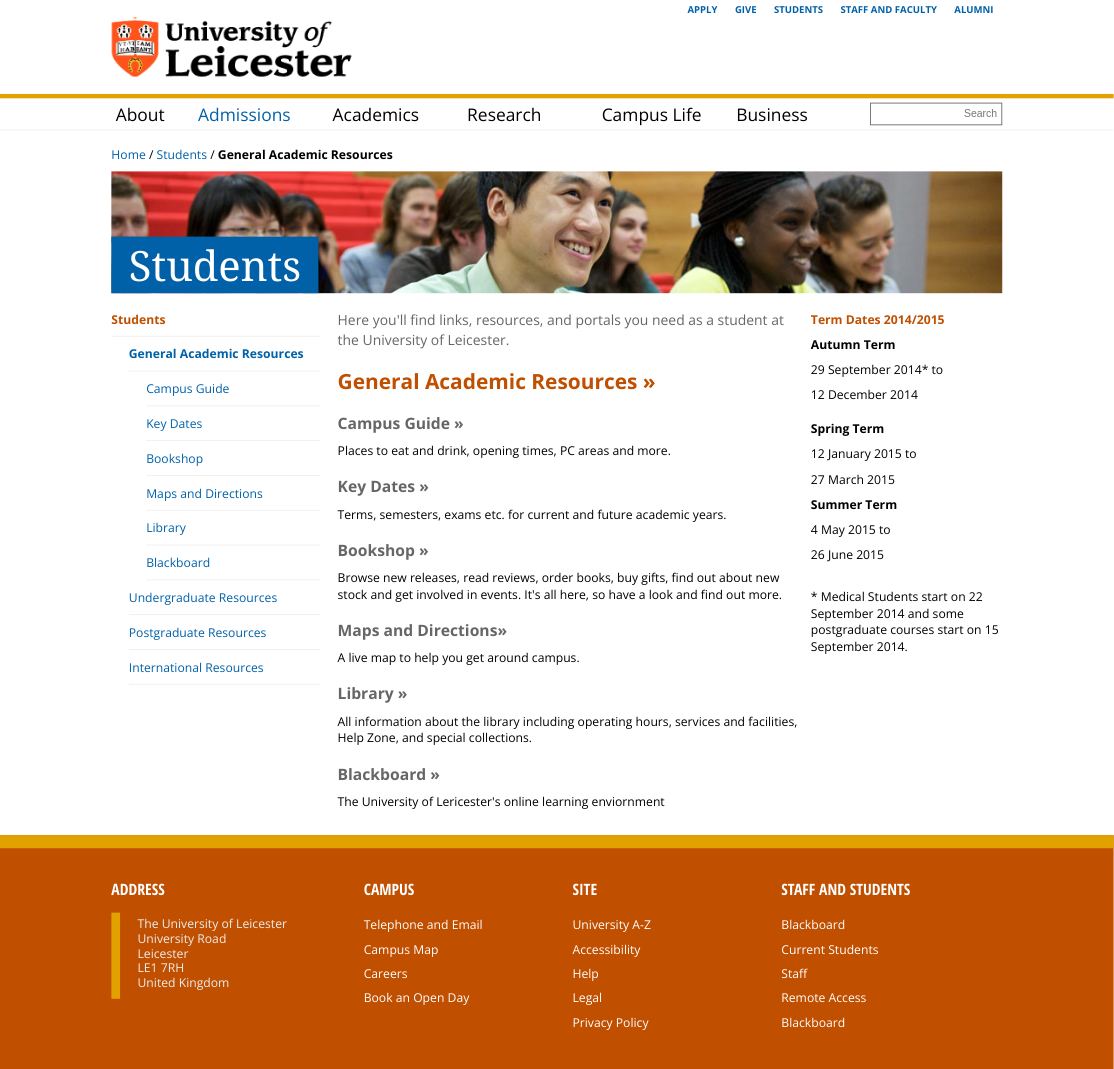
Repository: vqdo/leicester-redesign
Page: students.html
The author's editor kept a record of every edit. The page is drawn from the files as they stood at one moment, then again after the next edit.
The browser window is 1280 px wide. The pictures show the whole page, at 87% of full size.
Some web libraries are served in a nearby version.

Above is the page before.

### students.html
<!DOCTYPE html>

<html>
    <head>
        <meta charset="utf-8">
        <meta name="viewport" content="width=device-width,initial-scale=1.0">
        <title>University of Leicester</title>
        <link href='https://fonts.googleapis.com/css?family=Lora:300%7COpen+Sans+Condensed:700%7COpen+Sans:300,700' rel='stylesheet' type='text/css'>
        <link rel="stylesheet" type="text/css" href="css/master.css">
        <link rel="stylesheet" type="text/css" href="css/users.css">

        <!-- Scripts -->
        <script src="https://code.jquery.com/jquery-1.11.0.min.js"></script>
        <script src="https://code.jquery.com/ui/1.11.2/jquery-ui.min.js"></script>
    </head>
     <body>
        <header>
            <div class="logo-wrapper container">
                <a href="/"><h1 class="logo"><span>University of Leicester</span></h1></a>
            </div>

            <nav class="main-nav">
                <div class="main-nav-titles cf">
                    <div class="container">
                    <ul class="fl">
                        <li class="about-title"><a href="/">About</a></li>
                        <li><a class="active" href="/">Admissions</a></li>
                        <li><a href="/">Academics</a></li>
                        <li><a href="/">Research</a></li>
                        <li><a href="/">Campus Life</a></li>
                        <li><a href="/">Business</a></li>
                    </ul>
                    <!--<input class="searchbox-submit fr" type="submit" value="Go" />                    -->
                    <input class="searchbox fr" type="text" placeholder="Search" />
                    </div>
                </div>

                <div class="main-nav-dropdown">
                    <div class="container">
                        <div class="dropdown about-links">
                            <ul>
                                <li><a href="/">Facts</a></li>
                                <li><a href="/">Visit Us</a></li>
                            </ul>
                        </div>
                        <div class="dropdown admissions-links">
                            <ul>
                                <li><a href="/" color=blue>Undergraduate</a></li>
                                <li><a href="/">Masters</a></li>
                                <li><a href="/">PhD and Doctorate</a></li>
                                <li><a href="/">Distance Learning</a></li>
                                <li><a href="genresources.html">Tuition and Fees</a></li>
                                <li><a href="http://www2.le.ac.uk/study/open-days">Open Day Visits</a></li>
                            </ul>
                        </div>
                        <div class="dropdown academics-links">
                            <ul>
                                <li><a href="http://www2.le.ac.uk/study/ugp">Undergraduate Courses</a></li>
                                <li><a href="http://www2.le.ac.uk/study/postgrad">Postgraduate Courses</a></li>
                                <li><a href="http://www2.le.ac.uk/study/research">Research Degrees</a></li>
                                <li><a href="http://www.le.ac.uk/library">Library</a></li>

                            </ul>
                        </div>
                        <div class="dropdown research-links">
                            <ul>
                                <li><a href="http://www2.le.ac.uk/research/challenges">Global Challenges</a></li>
                                <li><a href="http://www2.le.ac.uk/research/with">Prospective Students</a></li>
                                <li><a href="http://www2.le.ac.uk/research/departmental">Departmental Research</a></li>
                                <li><a href="http://www2.le.ac.uk/research/current-research">Current Research</a></li>
                            </ul>
                        </div>
                        <div class="dropdown campuslife-links">
                            <ul>
                                <li><a href="/">Athletics & Orgs</a></li>
                                <li><a href="/">Dining & Housing</a></li>
                                <li><a href="/">Community</a></li>
                            </ul>
                        </div>
                         <div class="dropdown business-links">
                            <ul>
                                <li><a href="/">Leicester’s Expertise</a></li>
                                <li><a href="/">Consultancy and technical facilities</a></li>
                                <li><a href="/">Business collaborations</a></li>
                                <li><a href="/">Technology Transfer</a></li>
                                <li><a href="/">CPD: professional development and training</a></li>
                            </ul>
                        </div>
                    </div>
                </div>
            </nav>

            <nav class="user-type-nav">
                <ul class="container">
                    <!-- Put links in reverse order -->
                    <li class="link"><a href="/">Alumni</a></li>
                    <li class="link"><a href="/">Staff and Faculty</a></li>
                    <li class="link"><a href="genresources.html">Students</a></li>
                    <li class="link"><a href="/">Give</a></li>
                    <li class="link"><a href="/">Apply</a></li>
                </ul>
            </nav>
        </header>


        <!-- BEGIN CONTENT -->

        <div id="students" class="page-content">
            <div class="container cf">
                <div class="breadcrumbs"><a href="/">Home</a> / <a href="/">Students</a> / <strong>General Academic Resources</strong> </div>
                <h1><span class="page-title">Students</span></h1>
                <nav class="page-navigation">
                    <ul>
                        <li>
                            <h2 class="page-root-link"><a href="/">Students</a></h2>
                            <ul>
                                <li><a class="active" href="genresources.html">General Academic Resources</a></li>
                                    <ul>
                                        <li><a href="/">Campus Guide</a></li>
                                        <li><a href="/">Key Dates</a></li>
                                        <li><a href="/">Bookshop</a></li>
                                        <li><a href="/">Maps and Directions</a></li>
                                        <li><a href="/">Library</a></li>
                                        <li><a href="/">Blackboard</a></li>

                                    </ul>
                                <li><a href="ugresources.html">Undergraduate Resources</a></li>
                                <li><a href="pgresources.html">Postgraduate Resources</a></li>
                                <li><a href="/">International Resources</a></li>

                            </ul>
                        </li>
                    </ul>
                </nav>
                <div class="page-body">
                    <p class="intro">Here you'll find links, resources, and portals you need as a student at the University of Leicester.</p>
                    <h2><a href="students.html">General Academic Resources &raquo;</a></h2>
                    <h3><a href="/">Campus Guide &raquo;</a></h3>
                    <p>Places to eat and drink, opening times, PC areas and more.</p>

                    <h3><a href="/">Key Dates &raquo;</a></h3>
                        <p>Terms, semesters, exams etc. for current and future academic years.</p>

                    <h3><a href="/">Bookshop &raquo;</a></h3>
                        <p>Browse new releases, read reviews, order books, buy gifts, find out about new stock and get involved in events. It's all here, so have a look and find out more.</p>

                    <h3><a href="http://www.le.ac.uk/maps/">Maps and Directions&raquo;</a></h3>
                    <p>A live map to help you get around campus.</p>

                    <h3><a href="/">Library &raquo;</a></h3>

                    <p>All information about the library including operating hours, services and facilities, Help Zone, and special collections.</p>

                    <h3><a href="/">Blackboard &raquo;</a></h3>
                    <p>The University of Lericester's online learning enviornment</p>

                </div>
                <div class="page-sideinfo">
                    <div class="module">
                        <h2>Term Dates 2014/2015</h2>
                        <p><strong>Autumn Term</strong></p>
                        <p>29 September 2014* to
                        <p>12 December 2014</p></p>

                        <p><strong>Spring Term</strong></p>
                        <p>12 January 2015 to</p>
                        <p>27 March 2015</p>

                        <p><strong>Summer Term</strong></p>
                        <p>4 May 2015 to</p>
                        <p>26 June 2015</p>

                        <br><p>* Medical Students start on 22 September 2014 and some postgraduate courses start on 15 September 2014.</p>
                    </div>
                </div>
            </div>
        </div>

        <footer class="cf">
            <div class="container">
                <section class="footer-section large">
                    <h2>Address</h2>
                        <address>

                            The University of Leicester<br>
                            University Road<br>
                            Leicester<br>
                            LE1 7RH<br>
                            United Kingdom<br>
                        </address>
                </section>
                <section class="footer-section">
                    <h2>Campus</h2>
                    <ul>
                        <li><a href="http://www2.le.ac.uk/contact">Telephone and Email</a></li>
                        <li><a href="http://www2.le.ac.uk/maps">Campus Map</a></li>
                        <li><a href="http://www.le.ac.uk/help/access">Careers</a></li>
                        <li><a href="http://www2.le.ac.uk/study/open-days">Book an Open Day</a></li>
                    </ul>
                </section>
                <section class="footer-section">
                    <h2>Site</h2>
                    <ul>
                        <li><a href="http://www2.le.ac.uk/indexes">University A-Z</a></li>
                        <li><a href="http://www.le.ac.uk/help/access">Accessibility</a></li>
                        <li><a href="http://www.le.ac.uk/help">Help</a></li>
                        <li><a href="http://www.le.ac.uk/legal">Legal</a></li>
                        <li><a href="http://www.le.ac.uk/legal/privacy-policy">Privacy Policy</a></li>
                    </ul>
                </section>
                <section class="footer-section">
                    <h2>Staff and Students</h2>
                    <ul>
                        <li><a href="/">Blackboard</a></li>
                        <li><a href="/">Current Students</a></li>
                        <li><a href="/">Staff</a></li>
                        <li><a href="/">Remote Access</a></li>
                        <li><a href="/">Blackboard</a></li>
                    </ul>
                </section>
            </div>
        </footer>

        <script src="js/master.js"></script>
    </body>
</html>

### css/users.css
/************************************************************
 * Master css file for the University of Leicester redesign.
 * COGS 187A - Fall 2014
 * Victoria Do, Nancy Acosta, Tanya Zhang
 ************************************************************/

/**
 * CSS reset
 */
/* http://meyerweb.com/eric/tools/css/reset/
   v2.0 | 20110126
   License: none (public domain)
*/

html, body, div, span, applet, object, iframe,
h1, h2, h3, h4, h5, h6, p, blockquote, pre,
a, abbr, acronym, address, big, cite, code,
del, dfn, em, img, ins, kbd, q, s, samp,
small, strike, strong, sub, sup, tt, var,
b, u, i, center,
dl, dt, dd, ol, ul, li,
fieldset, form, label, legend,
table, caption, tbody, tfoot, thead, tr, th, td,
article, aside, canvas, details, embed,
figure, figcaption, footer, header, hgroup,
menu, nav, output, ruby, section, summary,
time, mark, audio, video {
	margin: 0;
	padding: 0;
	border: 0;
	font-size: 100%;
	font: inherit;
	vertical-align: baseline;
}
/* HTML5 display-role reset for older browsers */
article, aside, details, figcaption, figure,
footer, header, hgroup, menu, nav, section {
	display: block;
}
body {
	line-height: 1;
	font: 14px "Open Sans", Arial, sans-serif;

}
ol, ul {
	list-style: none;
}
strong {
    font-weight: bold;
}
blockquote, q {
	quotes: none;
}
blockquote:before, blockquote:after,
q:before, q:after {
	content: '';
	content: none;
}
table {
	border-collapse: collapse;
	border-spacing: 0;
}

/*********************** END RESET *************************/

/**
 * Inline / Text
 */

a {
    color:  #0061A9;
    text-decoration: none;
}
a:hover {
    text-decoration: underline;
}

/**
 * Structural / Block
 */
body {
    background: #fff;
}
header {
    margin: 0 0 60px 0;
}
.container {
    width: 100%;
    max-width: 1024px;
    margin: 0 auto;

}
.logo-wrapper {
    padding: 20px 0;
}
.logo {
    background: url('../img/logo-sprite.png');
    background-position: 0 205px;
    width: 276px;
    height: 68px;
}
.logo span {
    opacity: 0;
}

/**
 * Main Navigation
 */
 .searchbox {
     border: 1px solid #666;
     color: #666;
     padding: 2px 5px;
     width: 140px;
     height: 20px;
     font: normal 12px Arial, sans-serif;
     margin-top: 5px;
     text-align: right;
 }
 /*.searchbox-submit {*/
 /*    background: transparent;*/
 /*    color: #f6a04d;*/
 /*    border: 0;*/
 /*    font: bold 14px Arial, sans-serif;*/
 /*    line-height: 30px;*/
 /*}*/

.main-nav li, .user-type-nav li {
     display: inline-block;

 }
.main-nav {
    width: 100%;
    z-index: 10;
    position: absolute;
}
.main-nav-titles {
    background: #FFF /* #0061A9*/;
    background-clip: padding-box;
    border-top: 5px solid #E1A200;
    border-bottom: 1px solid #eee;
}
.main-nav-titles li {
    border-right: 1px solid rgba(255, 255, 255, 0.2);
    color: #FFF;
    /*font: normal 24px Lora, serif;*/
    height: 36px;
    text-align: left;
    width: 145px;
    padding: 0 0 0 5px;
    /*text-shadow: 0 0 1px rgba(0, 0, 0, 0.5);*/
}
.main-nav-titles a {
    color: #000;
    font-family: "Open Sans", Arial, sans-serif;
    font-size: 20px;
    line-height: 38px;
}
.main-nav-titles .active {
    color:  #0061A9;
}
.main-nav.expanded {
    margin: 0;
}
.main-nav.expanded .main-nav-titles {
    border-top: 5px #E1A200 solid;
    background: #FFF !important;
   /* border-bottom: 1px solid #CCC;*/
}
.main-nav.expanded .main-nav-titles a {
    color: #000 /*#f9423a*/ !important;
    text-shadow: none;
}
.main-nav.expanded .main-nav-titles li {
    border-right: 1px solid #eee;
}
.main-nav li:hover {
    /* TODO: main nav hover effect */
    text-decoration: underline;
}
/* adjust About column width */
.main-nav-titles .about-title {
    width: 85px;
    text-align: left;
}

/** Main navigation dropdown **/
.main-nav-dropdown {
    background: rgba(255, 255, 255, 0.9);
    box-shadow: 0 1px 2px rgba(0, 0, 0, 0.2);
    color: #333;
    display: none;
    height: 180px;
    width: 100%;
    overflow: hidden;
}
.main-nav-dropdown .container {
    height: 100%;
}
.main-nav-dropdown .dropdown {
    height: 100%;
    float: left;
    width: 134px;
    padding: 10px 10px;
}
.dropdown {
    border-right: 1px dotted #DDD;
    display: block;
    height: 100%;
}
.dropdown:last-child, .main-nav-titles li:last-child {
    border: none !important;

}
.main-nav-dropdown li {
    display: block;
    padding: 4px 0;
}
.main-nav-dropdown .about-links {
    width: 80px;
    padding: 10px 5px;
}
.main-nav-dropdown a {
    display: block;
    font: normal 12px Arial, sans-serif;
    width: 100%;
}

/*************************
 * User type navigation
 *************************/
.user-type-nav {
    position: absolute;
        top: 0;
    width: 100%;
    box-shadow: 0 0 1px rgba(255, 255, 255, 0.3);
}
.user-type-nav li {
    float: right;
    padding-right: 10px;
}
.user-type-nav li:first-child {
    padding-right: 0;
}
.user-type-nav li:hover {
    text-decoration: overline, underline;
}
.user-type-nav a {
    /*color: #FFF;*/
    text-transform: uppercase;
    font-size:11px;
    font-weight:bold;
    padding-right: 10px;


}
/*************************
 * Footer
 *************************/
 footer {
     background: #C04F00;
     border-top: 15px solid #e1a200;
     color: #FFF;
     padding: 20px 0 40px 0;
 }
 footer a {
     color: #FFF;
 }
 footer a:hover {
     text-decoration: underline;
 }
 footer address {
     border-left: 10px solid  #e1a200;
     font-size: 14px;
     line-height: 1.2;
     color: #EEE;
     padding: 5px 0 10px 20px;
     /*margin: 0 10px 20px 10px;*/
 }

 footer .address:hover {
     text-decoration: none;
 }
 footer section {
     color: #C04F00;
     font: 14px "Open Sans", Arial, sans-serif;
     float: left;
     line-height: 2;
     margin: 0 40px 0 0;
     width: 200px;
 }
 footer section.large {
     width: 250px;
 }
 footer h2 {
     /*border-bottom: 1px solid #004578;     */
     color: #FFF;
     font: 18px "Open Sans Condensed", Arial, sans-serif;
     padding: 5px 0;
     margin: 10px 0;
     text-transform: uppercase;
 }

/**
* Info page styles */
.breadcrumbs {
  /*margin: 10px 0;*/
}
.page-content {
    padding: 0 0 20px 0;
}
.page-content h1 {
  color: #FFF;
  font: normal 48px Lora, Georgia, sans-serif;
  width: 100%;
  height: 140px;
  margin: 10px 0;
  position: relative;
}
.page-title {
  background: #0061A9;
  padding: 0 20px;
  position: absolute;
      bottom: 0;
}
/***********************************
 * Side pages
 ***********************************/
.page-content p {
    padding: 0 0 10px 0;
}

/* Page Navigation */
.page-root-link a {
    color: #C04F00;
    font-weight: bold;
}
.page-navigation {
  float: left;
  width: 240px;
  padding-right: 20px;
}
.page-navigation ul {
    padding: 0 0 0 20px;
}
.page-navigation ul:first-child {
    padding: 0;
}
.page-navigation li a {
    display: block;
    padding: 10px 0;
    border-bottom: 1px solid #EEE;
}
.page-navigation li a:hover {
    color: #C04F00;
}
.page-navigation a.active {
    font-weight: bold;
}

.page-navigation a:hover, p a:hover {
    text-decoration: underline;
}
/** Page body styles **/

.page-body {
  float: left;
  width: 530px;
}
.page-body h2, .page-body h3 {
    padding: 10px 0;
}
.page-body h2 {
    font: bold 24px "Open Sans", Arial, sans-serif;
}
.page-body h3 {
    font: bold 18px "Open Sans", Arial, sans-serif;
}
.page-body h2 a, .page-body h2 {
    color: #C04F00;
}
.page-body h3 a, .page-body h3 {
    color: #666;
}
.page-body .intro {
    padding-top: 10px;
    color: #666;
    font-size: 16px;
}

/**
 * Right sidebar information */

.page-sideinfo {
  float: right;
  width: 220px;
}
.page-sideinfo .module h2 {
    color: #C04F00;
    font-weight: bold;
    padding: 10px 0;
}

a.box-link {
     border: 1px solid #0061A9;
     color: #0061A9;
     font: normal 16px "Open Sans", Arial, sans-serif;
     display: inline-block;
     padding: 15px;
     margin: 10px;
}
.box-link:hover {
    background: #0061A9;
    color: #FFF;
    text-decoration: none ;
}
#tuition-and-aid h1, #tuition-and-aid-international h1 {
  background: url('../img/studentmag_finance.jpg');
  background-size: cover;
}
#tuition-and-aid-international td {
    padding: 10px;
}
#tuition-and-aid-international td:first-child {
    width: 150px;
}

#students h1{
  background: url('../img/students2.jpg');
  background-size: cover;
}
#pgstudents h1{
  background: url('../img/pgstudents.jpg');
  background-size: cover;
}



/**
 * Utility
 */
.fr {
    float: right;
}
.fl {
    float: left;
}
/**
 * For modern browsers
 * 1. The space content is one way to avoid an Opera bug when the
 *    contenteditable attribute is included anywhere else in the document.
 *    Otherwise it causes space to appear at the top and bottom of elements
 *    that are clearfixed.
 * 2. The use of `table` rather than `block` is only necessary if using
 *    `:before` to contain the top-margins of child elements.
 */
.cf:before,
.cf:after {
    content: " "; /* 1 */
    display: table; /* 2 */
}

.cf:after {
    clear: both;
}

/**
 * For IE 6/7 only
 * Include this rule to trigger hasLayout and contain floats.
 */
.cf {
    *zoom: 1;
}

Loaded but not shown: js/master.js (55 lines, source omitted); css/master.css (479 lines, source omitted)

After the next edit:
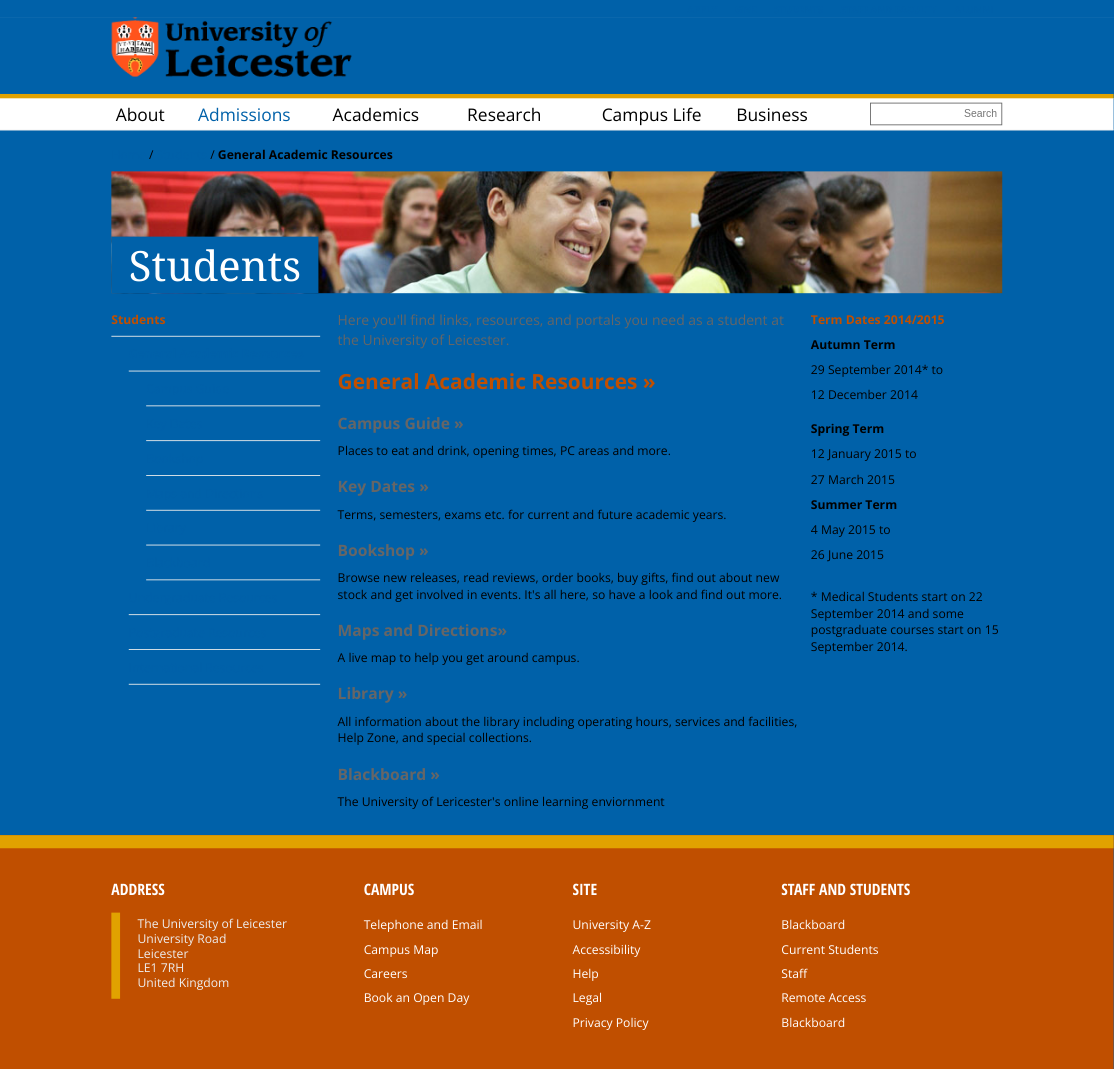
The edit:
--- a/css/users.css
+++ b/css/users.css
@@ -79,7 +79,7 @@
  * Structural / Block
  */
 body {
-    background: #fff;
+    background: #0061A9;
 }
 header {
     margin: 0 0 60px 0;
